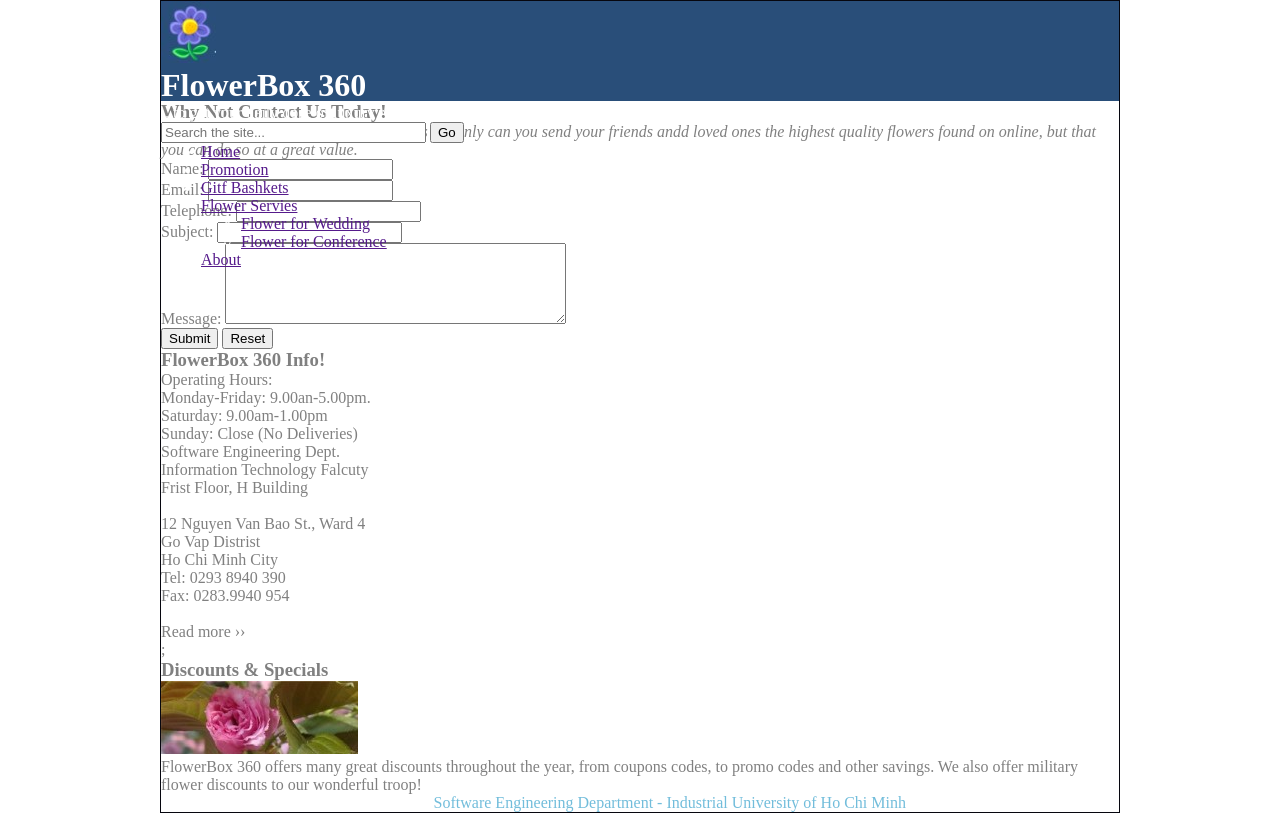
Repository: duongtheng/bai-tap-tuan-6
Page: html/index.html
The author's editor kept a copy of each file at every save. The page is drawn from the files as they stood at one save, then again after the next save.
The browser window is 1280 px wide. The pictures show the whole page.

Above is the page before, as saved 2022-03-23 13:55:36.

### html/index.html
<!DOCTYPE html>
<html lang="en">
<head>
    <meta charset="UTF-8">
    <meta http-equiv="X-UA-Compatible" content="IE=edge">
    <meta name="viewport" content="width=device-width, initial-scale=1.0">
    <title>Tuan 06</title>
    <link rel="stylesheet" href="../css/style.css">
</head>
<body>
    <header>
        <img src="../img/logo.jpg" alt="">
        <h1>FlowerBox 360</h1>
        <p>...to get your daily dose of luxury roses!</p>
        <form action="">
            <input type="search" id="txtSearch" placeholder="Search the site..." size="30">
            <button>Go</button>
        </form>
        <ul class="menu-parent">
            <li><a href="">Home</a></li>
            <li><a href="">Promotion</a></li>
            <li><a href="">Gitf Bashkets</a></li>
            <li><a href="">Flower Servies</a>
                <ul class="menu-child">
                    <li><a href="">Flower for Wedding</a></li>
                    <li><a href="">Flower for Conference</a></li>
                </ul>
            </li>
            <li><a href="">About</a></li>
        </ul>
    </header>
    <section>
        <h3>Why Not Contact Us Today!</h3>
        <form action="">
            <p><i>For FlowerBox 360 shoppers, that means not only can you send your friends andd loved ones
                the highest quality flowers found on online, but that you can do so at a great value.
            </i></p>
            <div class="form-row">
                <div class="form-col">
                    <label for="txtName">Name: </label>
                    <input type="text" id="txtName">
                </div>
                <div class="form-col">
                    <label for="txtEmail">Email: </label>
                    <input type="email" id="txtEmail">
                </div>
            </div>
            <div class="form-row">
                <div class="form-col">
                    <label for="txtName">Telephone: </label>
                    <input type="text" id="txtName">
                </div>
                <div class="form-col">
                    <label for="txtEmail">Subject: </label>
                    <input type="email" id="txtEmail">
                </div>
            </div>
            <div class="form-row">
                <label for="txtMessage">Message: </label>
                <textarea id="txtMessage" cols="40" rows="5"></textarea>
            </div>
            <div class="form-row">
                <button type="submit">Submit </button>
                <button type="reset">Reset </button>
            </div>
        </form>

    <div id="section-right">
        <h3>FlowerBox 360 Info!</h3>
        <p>
            Operating Hours: <br> Monday-Friday: 9.00an-5.00pm. <br> Saturday: 9.00am-1.00pm <br> Sunday: Close (No Deliveries) <br>
        </p>
        <p>
            Software Engineering Dept. <br> Information Technology Falcuty <br> Frist Floor, H Building <br><br>
        </p>
        <p>
            12 Nguyen Van Bao St., Ward 4 <br> Go Vap Distrist <br> Ho Chi Minh City <br> Tel: 0293 8940 390 <br> Fax: 0283.9940 954
        </p>
        <br>
        <p>Read more &#155;&#155;</p>;
    </div>
    </section>
    <aside>
        <h3>Discounts & Specials</h3>
        <img src="../img/flower.jpg" alt="">
        <p>
            FlowerBox 360 offers many great discounts throughout the year, from coupons codes, to promo codes and other savings.
            We also offer military flower discounts to our wonderful troop!
        </p>
    </aside>
    <footer>
        <p>
            <span style="color: white;">Copyright &copy; 2022 - All Rights Reserved - </span>
            <span style="color: rgb(114, 189, 219);">Software Engineering Department - Industrial University of Ho Chi Minh </span>
        </p>
    </footer>
</body>
</html>

### css/style.css
*{
    margin: 0 auto;
    box-sizing: border-box;
}

body{
    width: 960px;
    border: 1px solid rgb(6, 6, 14);
    color: gray;
}

header{
    height: 100px;
    background-color: #294e79;
    position: relative;
    color: white;
}

After the next save:
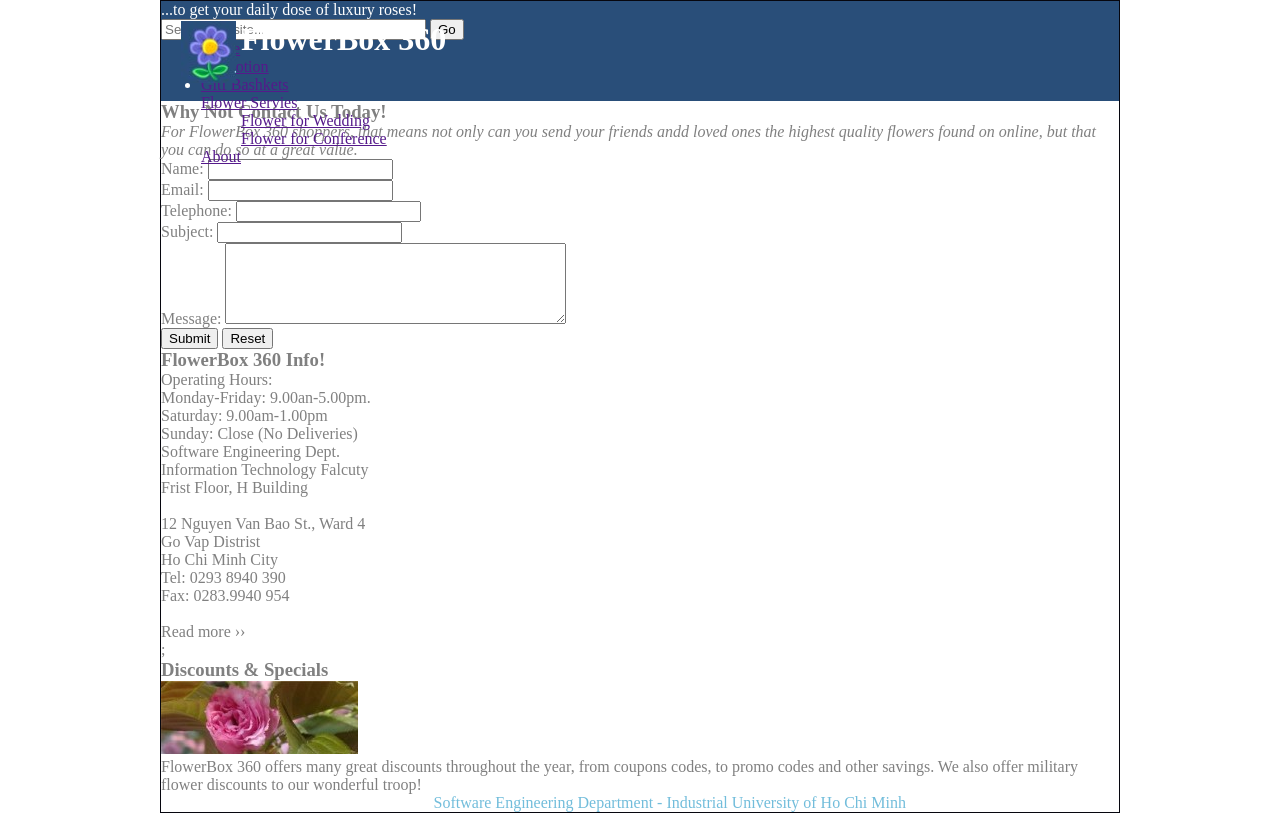
Saved 68 s later.
--- a/css/style.css
+++ b/css/style.css
@@ -15,3 +15,15 @@ header{
     position: relative;
     color: white;
 }
+
+header img{
+    position: absolute;
+    top: 20px;
+    left: 20px;
+}
+
+header h1{
+    position: absolute;
+    top: 20px;
+    left: 80px;
+}
